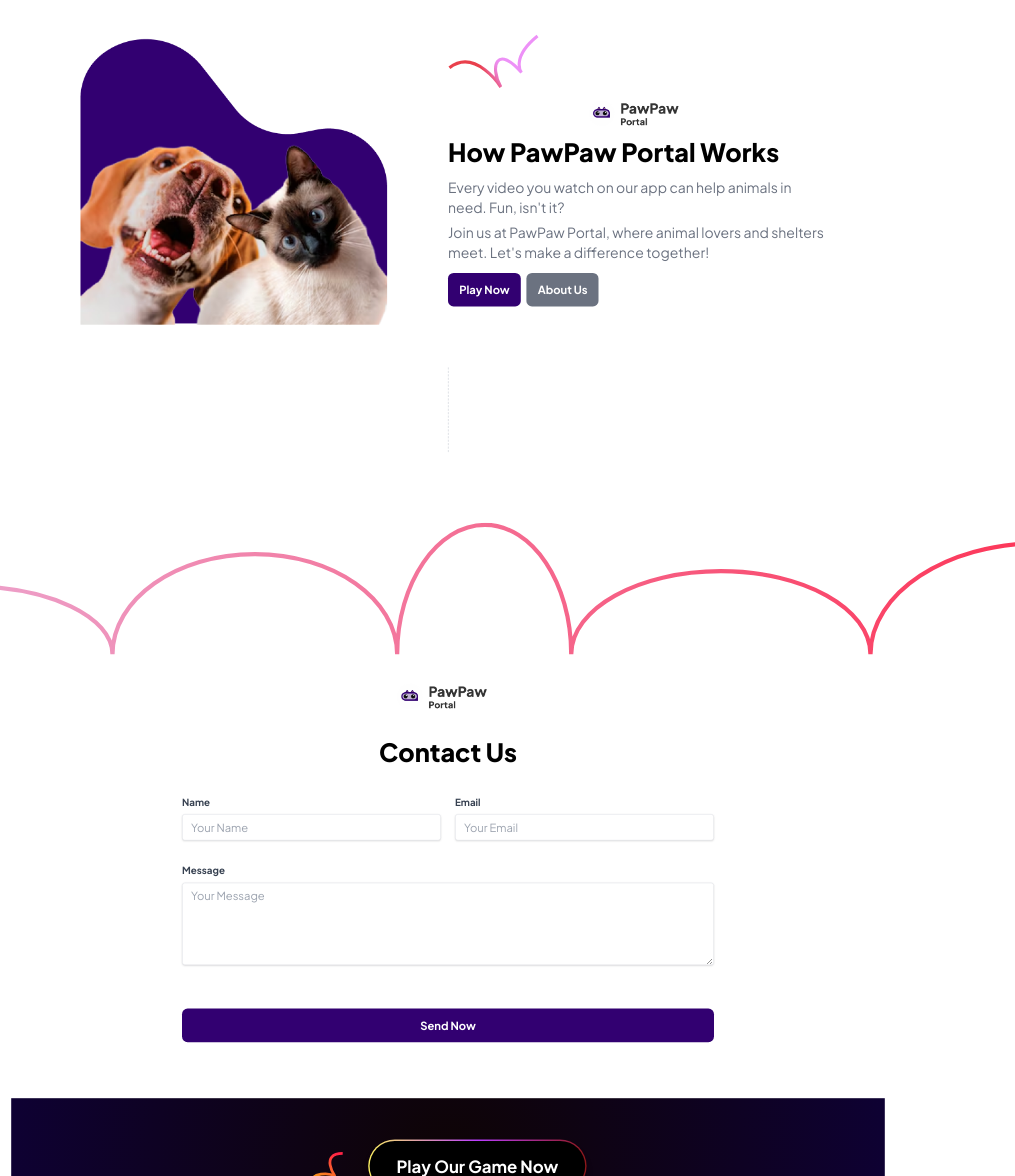
Repository: paskasiregar/pawpawwebsite
Page: /
These files come from the project's save history. The page is drawn as it stood at one moment and after the next save; the edit follows.
The browser window is 1280 px wide. The page is 1450 px wide, then 1280 px, so the pictures cover 1450 px, including what lies to the right of the window. The pictures show the part of the page from y = 1097 to 2777 px (the page is 3234 px tall), at 70% of full size.
The project was rebuilt for these pictures with package versions that can differ from the ones it lists, and the page was loaded fresh each time. The framework's server and built-in components were replaced by stand-ins that run in the browser. Also part of the build but not shown: next.config.js, next.config.mjs.

Above is the page before, as saved 2024-07-31 14:15:04.

### src/app/layout.js
import { Inter } from "next/font/google";
import "./globals.css";

const inter = Inter({ subsets: ["latin"] });

export const metadata = {
  title: "PawPaw Portal | Your One-Stop Shelter",
  description: "Your One-Stop Shelter",
};

export default function RootLayout({ children }) {
  return (
    <html lang="en">
      <body className={inter.className}>{children}</body>
    </html>
  );
}

### src/app/globals.css
@import url("https://fonts.googleapis.com/css2?family=Plus+Jakarta+Sans:wght@400;600;700;800&display=swap");

@tailwind base;
@tailwind components;
@tailwind utilities;

body {
  font-family: "Plus Jakarta Sans", sans-serif;
}

.hero-bg {
  display: flex;
  background: radial-gradient(
    circle,
    rgb(204, 188, 230) 10%,
    rgb(255, 255, 255) 50%
  );
}

.cta-container {
  display: flex;
  justify-content: center;
  align-items: center;
  position: relative;
  background: radial-gradient(circle, rgb(14, 4, 4) 0%, rgb(14, 1, 51) 100%);
  padding: 20px;
  gap: 20px;
  min-height: 200px;
}

.cta-button {
  display: inline-block;
  padding: 20px 40px;
  font-size: 24px;
  font-weight: bold;
  color: white;
  background: black;
  border-radius: 40px;
  position: relative;
  z-index: 1;
  overflow: hidden;
  transition: all 0.3s ease;
  text-align: center;
}

.cta-button::before {
  content: "";
  position: absolute;
  top: -2px;
  left: -2px;
  right: -2px;
  bottom: -2px;
  background: linear-gradient(
    90deg,
    rgb(255, 244, 97) 0%,
    rgb(187, 61, 255) 50%,
    rgb(142, 23, 23) 100%
  );
  z-index: -1;
  border-radius: inherit;
}

.cta-button::after {
  content: "";
  position: absolute;
  top: 2px;
  left: 2px;
  right: 2px;
  bottom: 2px;
  background: black;
  z-index: -1;
  border-radius: inherit;
}

.cta-button:hover {
  color: rgb(237, 246, 133);
  background: white;
}

.footer-bg {
  background: radial-gradient(circle, rgb(14, 4, 4) 0%, rgb(14, 1, 51) 100%);
  color: white;
  text-align: center;
  padding: 20px;
}

.centeredcontainer {
  width: 100vw;
  height: auto;
}

.main-container {
  width: 100%;
  max-width: 1200px;
  margin: 0 auto;
  padding: 0 20px;
}
.header-content {
  display: flex;
  flex-direction: row;
  align-items: center;
  justify-content: space-between;
}

.header-logo-button {
  display: flex;
  flex-direction: row;
  align-items: center;
  gap: 16px; /* Adjust spacing as needed */
}

html {
  scroll-behavior: smooth;
}

### src/components/contact.jsx
import React from "react";
import PrimaryButton from "@/components/primaryButton";
import NameInput from "./nameInput";
import EmailInput from "./emailInput";
import MessageInput from "./mesageInput";
import Image from "next/image";
import logoHeaderImage from "../assets/banner-10.png";

export const Contact = () => {
  return (
    <div className="font-plus-jakarta flex flex-col items-center justify-center py-16 px-4 md:px-[200px] gap-[40px] text-29xl">
      <div className="flex justify-start items-start">
        <svg
          width="1620"
          height="188"
          viewBox="0 0 1620 188"
          fill="none"
          xmlns="http://www.w3.org/2000/svg"
        >
          <path
            d="M1891 188C1891 100.375 1784.67 29.342 1653.5 29.342C1522.34 29.342 1413.53 100.375 1413.53 188C1413.53 122.37 1317.84 69.158 1199.78 69.158C1081.72 69.158 986.029 122.362 986.029 188C986.029 85.8274 930.825 3 862.735 3C794.645 3 737.369 85.8274 737.369 188C737.369 108.853 646.33 44.6865 534.029 44.6865C421.728 44.6865 330.689 108.853 330.689 188C330.689 134.381 239.649 90.9105 127.349 90.9105C15.0481 90.9105 -76 134.381 -76 188"
            stroke="url(#paint0_linear_545_35799)"
            stroke-width="6"
            stroke-miterlimit="10"
            stroke-linejoin="bevel"
          />
          <defs>
            <linearGradient
              id="paint0_linear_545_35799"
              x1="-84.5283"
              y1="91.1699"
              x2="1899.52"
              y2="91.1699"
              gradientUnits="userSpaceOnUse"
            >
              <stop offset="0.0224" stop-color="#EBADD7" />
              <stop offset="1" stop-color="#FF2445" />
            </linearGradient>
          </defs>
        </svg>
      </div>
      <Image
        className="w-36 h-10 object-cover"
        alt="Logo"
        src={logoHeaderImage}
        width={120}
        height={20}
      />
      <div className="flex justify-center text-4xl font-extrabold space-y-4">
        Contact Us
      </div>
      <div className="w-full flex flex-col items-start gap-[16px] text-base text-light-l800 font-regular-reg-2">
        <div className="w-full flex flex-col md:flex-row gap-[20px]">
          <div className="w-full md:w-1/2">
            <NameInput className="w-full" />
          </div>
          <div className="w-full md:w-1/2">
            <EmailInput className="w-full" />
          </div>
        </div>
        <div className="w-full">
          <MessageInput className="w-full" />
        </div>
      </div>
      <PrimaryButton>Send Now</PrimaryButton>
    </div>
  );
};

export default Contact;

### src/components/divider.jsx
export const Divider = () => {
  return (
    <div className="self-stretch h-[195px] flex flex-row items-center justify-center py-16 px-[130px] box-border">
      <div className="w-px relative box-border h-[121px] border-r-[1px] border-dashed border-gray-300" />
    </div>
  );
};

### src/components/footer.jsx
import Link from "next/link";
import React from "react";
import Image from "next/image";
import logoFooterImage from "../assets/inverse.png";

export const Footer = () => {
  return (
    <div className="font-plus-jakarta w-full flex bg-black">
      <div className="font-plus-jakarta w-full flex flex-col items-center bg-black py-8 px-4">
        <div className="max-w-6xl w-full mx-auto space-y-6">
          {/* Footer Header */}
          <div className="flex flex-col md:flex-row items-center md:items-start md:justify-between mb-6">
            <div className="space-y-4">
              <Image
                className="w-20 h-10 object-cover"
                alt="Logo"
                src={logoFooterImage}
                width={80}
                height={80}
              />
              <div className="space-y-4">
                <div className="text-white text-3xl font-extrabold">
                  PawPaw Portal
                </div>
                <p className="text-med text-gray-400">
                  PawPaw Portal Indonesia is a national animal welfare charity
                  with a vision for a future where every pet is safe, respected,
                  and loved.
                </p>
              </div>
            </div>

            {/* Vision and Mission */}
            <div className="flex flex-col md:flex-row mt-4 md:mt-0 space-y-4 md:space-y-0 md:space-x-8">
              <div className="space-y-2">
                <div className="font-semibold text-xl text-white">
                  Our Vision
                </div>
                <div className="text-xs text-gray-500">
                  Becoming the leading platform in Indonesia for animal welfare
                  transformation, by providing a bridge that connects animal
                  shelters and the community, and ensuring that every animal
                  gets a second chance in life.
                </div>
              </div>
              <div className="space-y-2">
                <div className="font-semibold text-xl text-white">
                  Our Mission
                </div>
                <div className="text-xs text-gray-500">
                  <ol className="list-inside list-disc">
                    <li>
                      Building a wide network between animal shelters and
                      prospective adopters, facilitating the adoption process
                      and handling of stray animals.
                    </li>
                    <li>
                      Providing ongoing support to shelters through donations
                      and resources, ensuring they have what they need to care
                      for animals properly.
                    </li>
                    <li>
                      Spreading awareness about the importance of animal welfare
                      and adoption, and inspiring communities to take an active
                      role in saving animals.
                    </li>
                  </ol>
                </div>
              </div>
            </div>
          </div>
          {/* social media */}
          <div className="text-xl font-semibold mb-4 text-white">
            Stay in touch
          </div>
          <div className="flex space-x-4">
            <Link href="https://www.instagram.com/pawpawportal">
              <svg
                xmlns="http://www.w3.org/2000/svg"
                width="1em"
                height="1em"
                viewBox="0 0 24 24"
              >
                <path
                  fill="white"
                  d="M17.34 5.46a1.2 1.2 0 1 0 1.2 1.2a1.2 1.2 0 0 0-1.2-1.2m4.6 2.42a7.59 7.59 0 0 0-.46-2.43a4.94 4.94 0 0 0-1.16-1.77a4.7 4.7 0 0 0-1.77-1.15a7.3 7.3 0 0 0-2.43-.47C15.06 2 14.72 2 12 2s-3.06 0-4.12.06a7.3 7.3 0 0 0-2.43.47a4.78 4.78 0 0 0-1.77 1.15a4.7 4.7 0 0 0-1.15 1.77a7.3 7.3 0 0 0-.47 2.43C2 8.94 2 9.28 2 12s0 3.06.06 4.12a7.3 7.3 0 0 0 .47 2.43a4.7 4.7 0 0 0 1.15 1.77a4.78 4.78 0 0 0 1.77 1.15a7.3 7.3 0 0 0 2.43.47C8.94 22 9.28 22 12 22s3.06 0 4.12-.06a7.3 7.3 0 0 0 2.43-.47a4.7 4.7 0 0 0 1.77-1.15a4.85 4.85 0 0 0 1.16-1.77a7.59 7.59 0 0 0 .46-2.43c0-1.06.06-1.4.06-4.12s0-3.06-.06-4.12M20.14 16a5.61 5.61 0 0 1-.34 1.86a3.06 3.06 0 0 1-.75 1.15a3.19 3.19 0 0 1-1.15.75a5.61 5.61 0 0 1-1.86.34c-1 .05-1.37.06-4 .06s-3 0-4-.06a5.73 5.73 0 0 1-1.94-.3a3.27 3.27 0 0 1-1.1-.75a3 3 0 0 1-.74-1.15a5.54 5.54 0 0 1-.4-1.9c0-1-.06-1.37-.06-4s0-3 .06-4a5.54 5.54 0 0 1 .35-1.9A3 3 0 0 1 5 5a3.14 3.14 0 0 1 1.1-.8A5.73 5.73 0 0 1 8 3.86c1 0 1.37-.06 4-.06s3 0 4 .06a5.61 5.61 0 0 1 1.86.34a3.06 3.06 0 0 1 1.19.8a3.06 3.06 0 0 1 .75 1.1a5.61 5.61 0 0 1 .34 1.9c.05 1 .06 1.37.06 4s-.01 3-.06 4M12 6.87A5.13 5.13 0 1 0 17.14 12A5.12 5.12 0 0 0 12 6.87m0 8.46A3.33 3.33 0 1 1 15.33 12A3.33 3.33 0 0 1 12 15.33"
                />
              </svg>
            </Link>
            <Link href="https://twitter.com/pawpawportal">
              <svg
                xmlns="http://www.w3.org/2000/svg"
                width="1em"
                height="1em"
                viewBox="0 0 24 24"
              >
                <g fill="white">
                  <path d="M1 2h2.5L3.5 2h-2.5z">
                    <animate
                      fill="freeze"
                      attributeName="d"
                      dur="0.4s"
                      values="M1 2h2.5L3.5 2h-2.5z;M1 2h2.5L18.5 22h-2.5z"
                    />
                  </path>
                  <path d="M5.5 2h2.5L7.2 2h-2.5z">
                    <animate
                      fill="freeze"
                      attributeName="d"
                      dur="0.4s"
                      values="M5.5 2h2.5L7.2 2h-2.5z;M5.5 2h2.5L23 22h-2.5z"
                    />
                  </path>
                  <path d="M3 2h5v0h-5z" opacity="0">
                    <set attributeName="opacity" begin="0.4s" to="1" />
                    <animate
                      fill="freeze"
                      attributeName="d"
                      begin="0.4s"
                      dur="0.4s"
                      values="M3 2h5v0h-5z;M3 2h5v2h-5z"
                    />
                  </path>
                  <path d="M16 22h5v0h-5z" opacity="0">
                    <set attributeName="opacity" begin="0.4s" to="1" />
                    <animate
                      fill="freeze"
                      attributeName="d"
                      begin="0.4s"
                      dur="0.4s"
                      values="M16 22h5v0h-5z;M16 22h5v-2h-5z"
                    />
                  </path>
                  <path d="M18.5 2h3.5L22 2h-3.5z" opacity="0">
                    <set attributeName="opacity" begin="0.5s" to="1" />
                    <animate
                      fill="freeze"
                      attributeName="d"
                      begin="0.5s"
                      dur="0.4s"
                      values="M18.5 2h3.5L22 2h-3.5z;M18.5 2h3.5L5 22h-3.5z"
                    />
                  </path>
                </g>
              </svg>
            </Link>
            <Link href="https://www.linkedin.com/company/pawpawportal">
              <svg
                xmlns="http://www.w3.org/2000/svg"
                width="1em"
                height="1em"
                viewBox="0 0 24 24"
              >
                <path
                  fill="white"
                  d="M20.47 2H3.53a1.45 1.45 0 0 0-1.47 1.43v17.14A1.45 1.45 0 0 0 3.53 22h16.94a1.45 1.45 0 0 0 1.47-1.43V3.43A1.45 1.45 0 0 0 20.47 2M8.09 18.74h-3v-9h3ZM6.59 8.48a1.56 1.56 0 1 1 0-3.12a1.57 1.57 0 1 1 0 3.12m12.32 10.26h-3v-4.83c0-1.21-.43-2-1.52-2A1.65 1.65 0 0 0 12.85 13a2 2 0 0 0-.1.73v5h-3v-9h3V11a3 3 0 0 1 2.71-1.5c2 0 3.45 1.29 3.45 4.06Z"
                />
              </svg>
            </Link>
          </div>
        </div>
      </div>
    </div>
  );
};

export default Footer;

### src/components/header.jsx
import Link from "next/link";
import PrimaryButton from "@/components/primaryButton";
import React from "react";
import Image from "next/image";
import logoHeaderImage from "../assets/banner-10.png";

export const Header = () => {
  return (
    <div className="font-plus-jakarta w-full flex flex-col items-center justify-center text-left text-gray-500">
      <div className="self-stretch bg-white flex flex-col items-center justify-center text-sm">
        <div className="w-full header-content p-2.5 box-border">
          <Link href="/">
            <Image
              className="w-36 h-10 object-cover"
              alt="Logo"
              src={logoHeaderImage}
              width={120}
              height={20}
            />
          </Link>
          <div className="hidden md:flex flex-row items-center justify-center gap-8">
            <div>
              <Link href="#how-it-works">How It Works</Link>
            </div>
            <div>
              <Link href="#about-us">About Us</Link>
            </div>
          </div>
          <div className="header-logo-button">
            <PrimaryButton>Be Our Hero Today!</PrimaryButton>
          </div>
        </div>
      </div>
    </div>
  );
};

export default Header;

### src/components/CTA.jsx
import React from "react";
import Link from "next/link";

const CTA = () => {
  return (
    <div className="cta-container font-plus-jakarta p-4 md:p-8 flex flex-col md:flex-row items-center justify-center">
      <svg
        className="cta-decoration mb-4 md:mb-0 md:mr-4"
        width="48"
        height="46"
        viewBox="0 0 48 46"
        fill="none"
        xmlns="http://www.w3.org/2000/svg"
      >
        <path
          d="M2 46C2 27.296 29.551 30.0086 36.5736 34.5625C36.5736 34.5625 14.4611 2 47.5714 2"
          stroke="url(#cta_gradient)"
          strokeWidth="3.92857"
          strokeMiterlimit="10"
          strokeLinejoin="bevel"
        />
        <defs>
          <linearGradient
            id="cta_gradient"
            x1="37.3571"
            y1="2"
            x2="7.5"
            y2="46"
            gradientUnits="userSpaceOnUse"
          >
            <stop stopColor="#FF2445" />
            <stop offset="1" stopColor="#F5AB0E" />
          </linearGradient>
        </defs>
      </svg>
      <Link href="/game">
        <div className="cta-button text-center bg-gradient-to-r from-orange-500 to-pink-500 text-white font-bold py-2 px-4 rounded-lg shadow-lg cursor-pointer">
          Play Our Game Now
        </div>
      </Link>
    </div>
  );
};

export default CTA;

### src/components/primaryButton.jsx
import React from "react";

const PrimaryButton = ({ children, onClick }) => {
  return (
    <button
      className="self-stretch  bg-inherit-320071 hover:bg-blue-700 text-white font-bold px-4 py-3 rounded-lg"
      onClick={onClick}
    >
      {children}
    </button>
  );
};

export default PrimaryButton;

### src/components/secButton.jsx
import React from "react";

const SecButton = ({ children, onClick }) => {
  return (
    <button
      className="bg-gray-500 hover:bg-gray-700 text-white font-bold py-2 px-4 rounded-lg"
      onClick={onClick}
    >
      {children}
    </button>
  );
};

export default SecButton;

### src/components/nameInput.jsx
import React from "react";

const NameInput = ({ value, onChange }) => {
  return (
    <div className="mb-4">
      <label
        className="block text-gray-700 text-sm font-bold mb-2"
        htmlFor="name"
      >
        Name
      </label>
      <input
        id="name"
        type="text"
        value={value}
        onChange={onChange}
        className="shadow appearance-none border rounded w-full py-2 px-3 text-gray-700 leading-tight focus:outline-none focus:shadow-outline"
        placeholder="Your Name"
      />
    </div>
  );
};

export default NameInput;

### src/components/emailInput.jsx
import React from "react";

const EmailInput = ({ value, onChange }) => {
  return (
    <div className="mb-4">
      <label
        className="block text-gray-700 text-sm font-bold mb-2"
        htmlFor="email"
      >
        Email
      </label>
      <input
        id="email"
        type="email"
        value={value}
        onChange={onChange}
        className="shadow appearance-none border rounded w-full py-2 px-3 text-gray-700 leading-tight focus:outline-none focus:shadow-outline"
        placeholder="Your Email"
      />
    </div>
  );
};

export default EmailInput;

### src/components/mesageInput.jsx
import React from "react";

const MessageInput = ({ value, onChange }) => {
  return (
    <div className="mb-4">
      <label
        className="block text-gray-700 text-sm font-bold mb-2"
        htmlFor="message"
      >
        Message
      </label>
      <textarea
        id="message"
        value={value}
        onChange={onChange}
        className="shadow appearance-none border rounded w-full py-2 px-3 text-gray-700 leading-tight focus:outline-none focus:shadow-outline"
        placeholder="Your Message"
        rows="5"
      />
    </div>
  );
};

export default MessageInput;

Loaded but not shown: src/app/page.js (128 lines, source omitted); tailwind.config.js (24 lines, source omitted); src/components/hero.jsx (211 lines, source omitted)

After the next save:
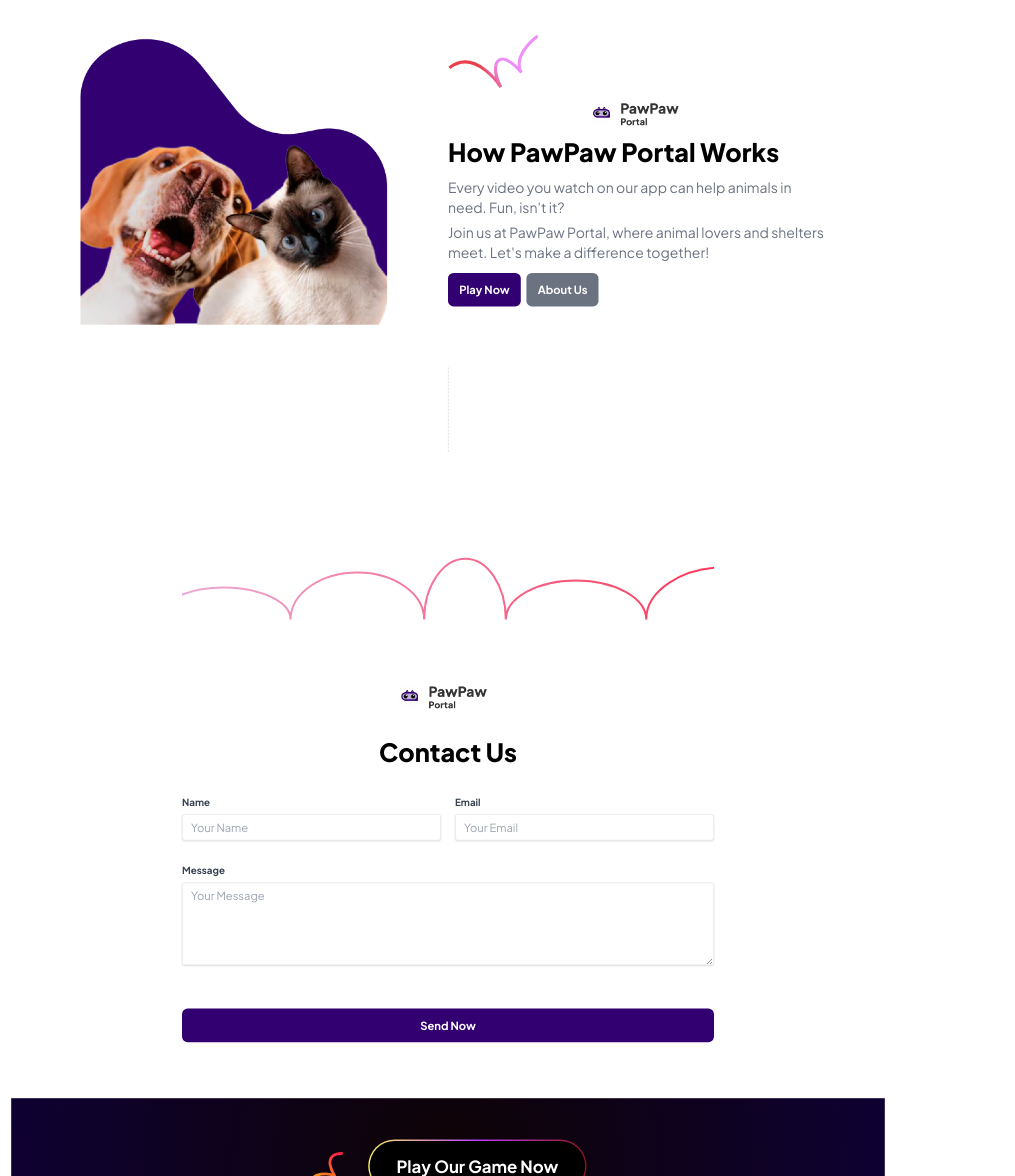
Saved 12 s later.
--- a/src/components/contact.jsx
+++ b/src/components/contact.jsx
@@ -11,7 +11,7 @@ export const Contact = () => {
     <div className="font-plus-jakarta flex flex-col items-center justify-center py-16 px-4 md:px-[200px] gap-[40px] text-29xl">
       <div className="flex justify-start items-start">
         <svg
-          width="1620"
+          width="-full"
           height="188"
           viewBox="0 0 1620 188"
           fill="none"
